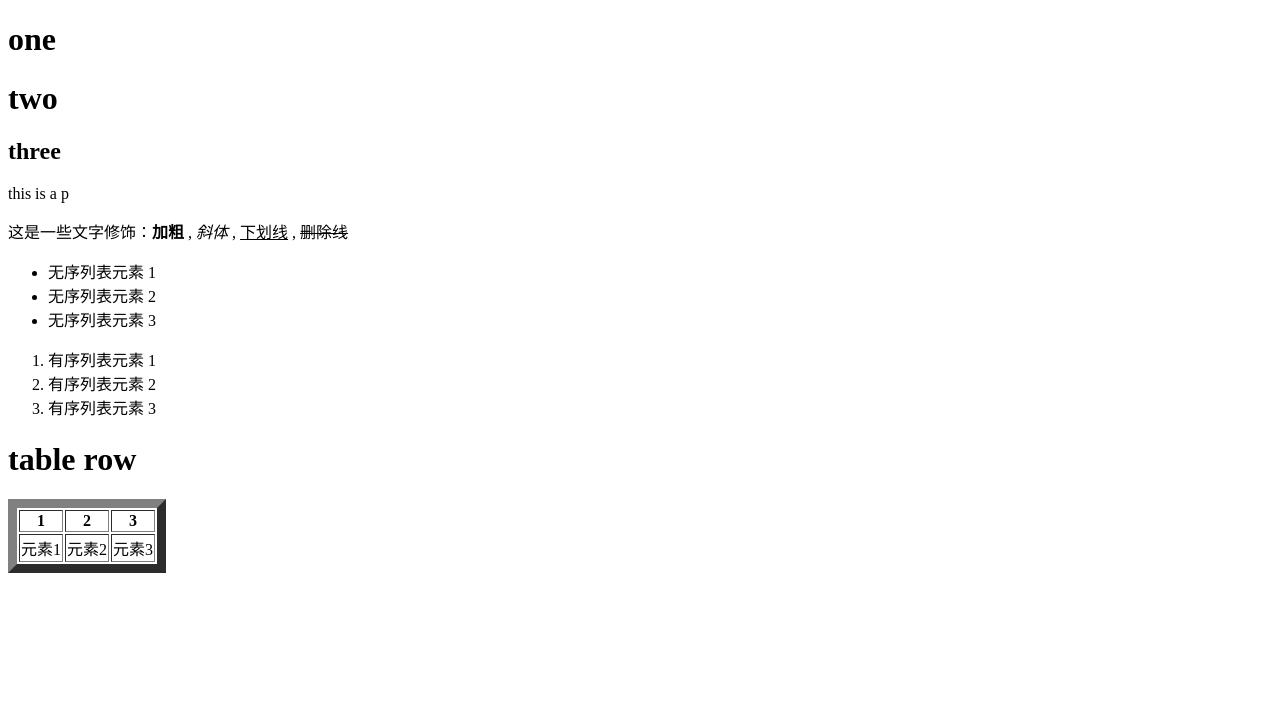
Repository: supercubes/Web
Page: first.html
The author's editor kept a copy of each file at every save. The page is drawn from the files as they stood at one save, then again after the next save.
The browser window is 1280 px wide. The pictures show the whole page.

Above is the page before, as saved 2025-03-21 20:20:00.

### first.html
<!DOCTYPE html>
<html lang="en">
<head>
    <meta charset="UTF-8">
    <meta http-equiv="X-UA-Compatible" content="IE=Edge">
    <meta name="viewport" content="width=device-width,initial-scale=1.0">
    <title>document</title>
</head>
<body>
    <h1>one</h1>
    <h1>two</h1>
    <h2>three</h2>
    <p>this is a p </p>
    <p>
        这是一些文字修饰：<b>加粗</b> , <i>斜体</i> , <u>下划线</u> , <s>删除线</s>
    </p>
<ul>
    <li>无序列表元素 1</li>
    <li>无序列表元素 2</li>
    <li>无序列表元素 3</li>
</ul>
<ol>
    <li>有序列表元素 1</li>
    <li>有序列表元素 2</li>
    <li>有序列表元素 3</li>
</ol>
<h1>table row</h1>
<table border="9">
    <tr>
        <th>1</th>
        <th>2</th>
        <th>3</th>
    </tr>
    <tr>
        <td>元素1</td>
        <td>元素2</td>
        <td>元素3</td>
    </tr>
</table>

</body>
</html>

After the next save:
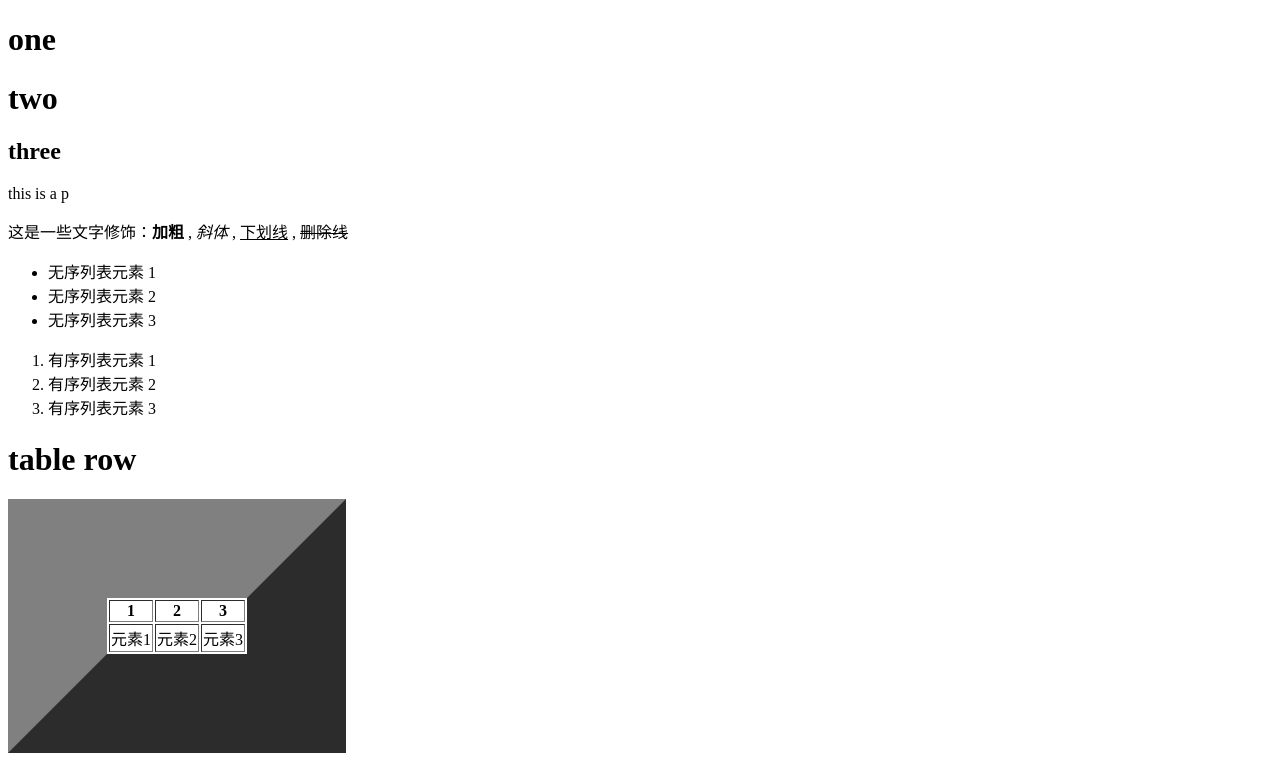
Saved 4 s later.
--- a/first.html
+++ b/first.html
@@ -25,7 +25,7 @@
     <li>有序列表元素 3</li>
 </ol>
 <h1>table row</h1>
-<table border="9">
+<table border="99">
     <tr>
         <th>1</th>
         <th>2</th>
